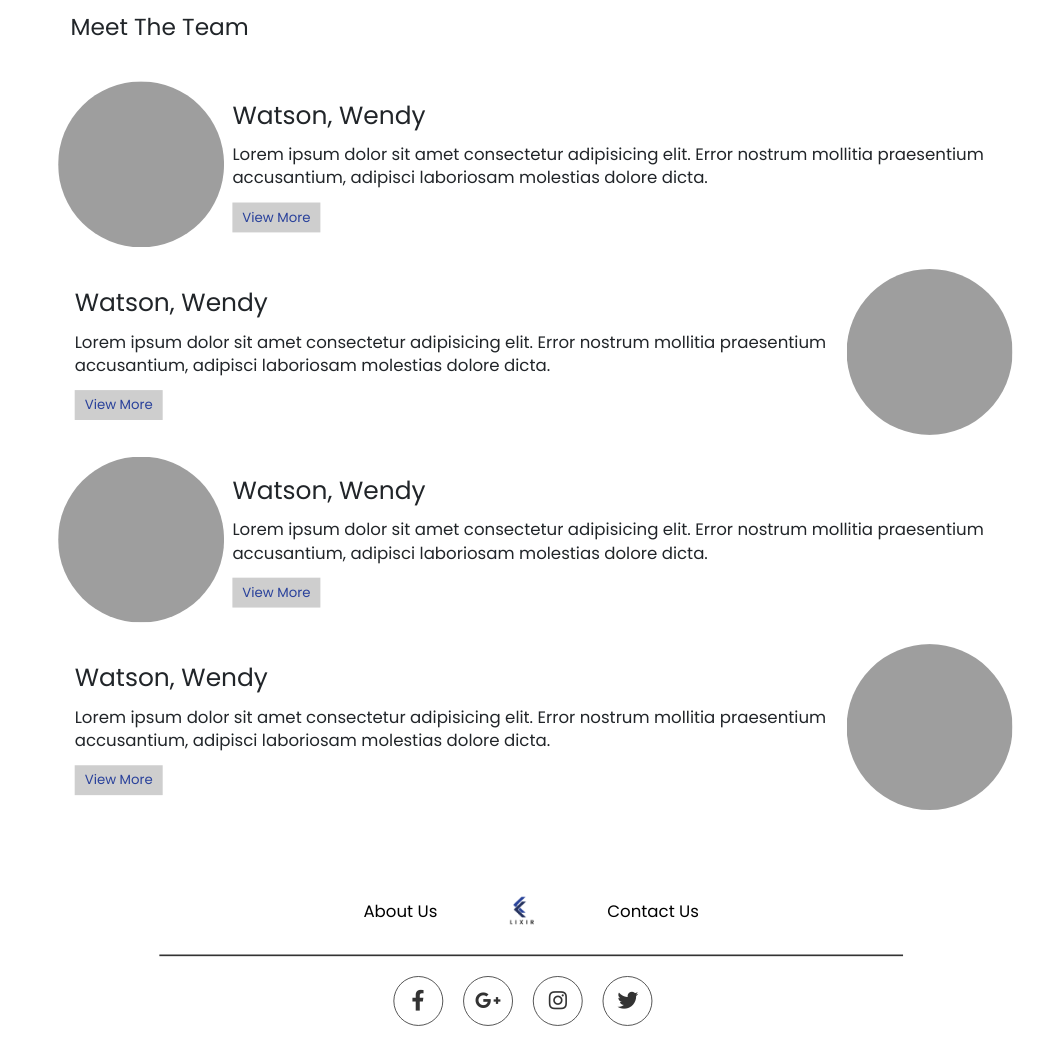
Repository: phiiileo/lit-page
Page: team-page.html
An editor plug-in stored every save of this project. The page is shown before and after a run of saves, followed by the edit.
The browser window is 1280 px wide. The pictures show the whole page, at 83% of full size.
Pictures or frames that could not be fetched are drawn as grey boxes. Some web libraries are served in a nearby version.

Above is the page before, as saved 2019-12-04 21:49:38.

After the next 2 saves:
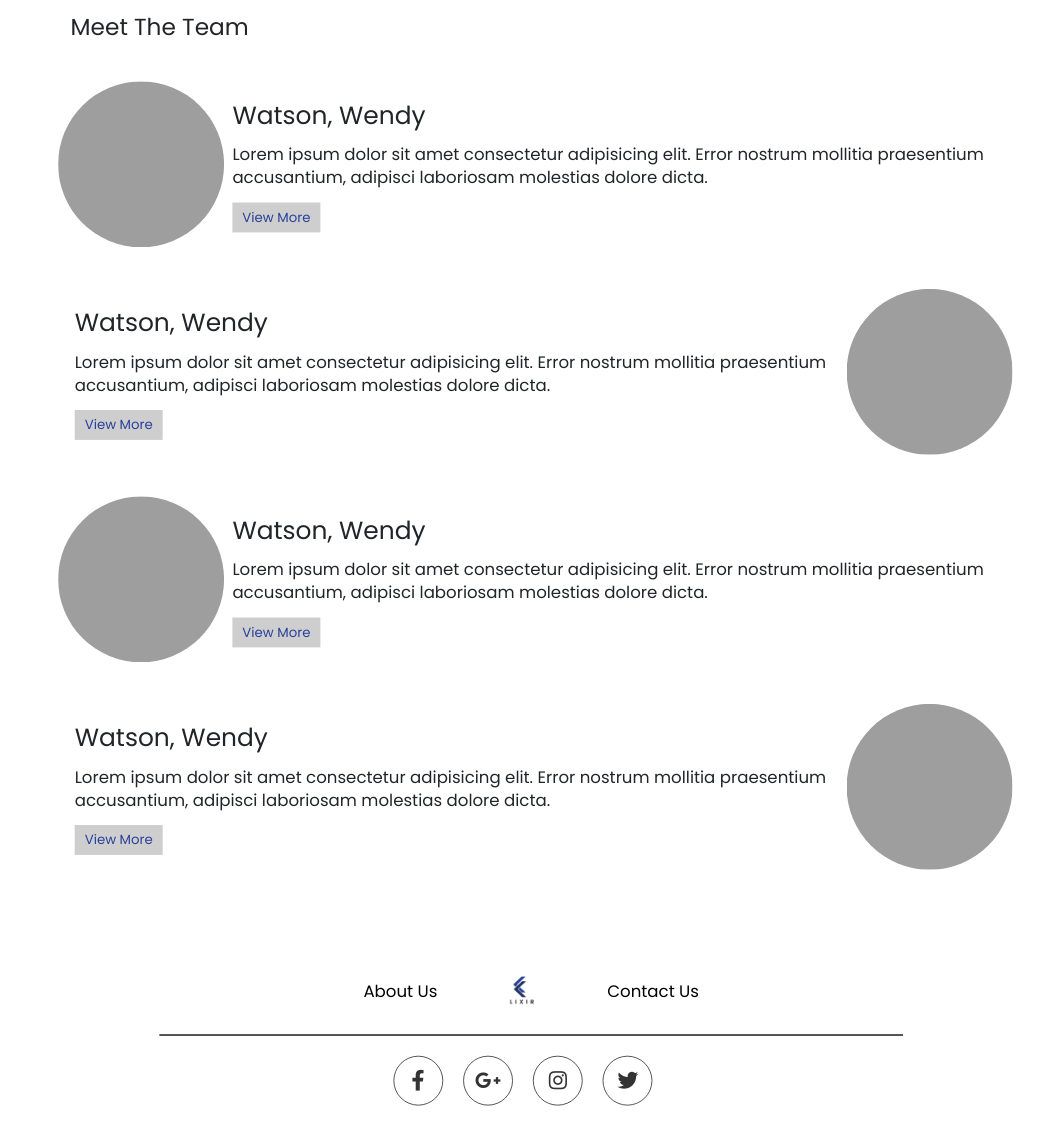
The 2 saves are shown as one change because they came seconds apart.
The last was saved 48 s later.
--- a/team-page.html
+++ b/team-page.html
@@ -26,7 +26,7 @@
 <div class="container">
     <p><h3>Meet The Team</h3></p>
     <div class="row row-cols-1 row-cols-md-1 mt-5 mb-5">
-        <div class="card mb-4">
+        <div class="card mb-5">
             <div class="row no-gutters ">
 
                 <div class="col-md-2 text-center">
@@ -44,7 +44,7 @@
             </div>
         </div>
 
-        <div class="card mb-4">
+        <div class="card mb-5">
             <div class="row no-gutters ">
 
                  <div class="col-md-10">
@@ -65,7 +65,7 @@
         </div>
 
 
-        <div class="card mb-4">
+        <div class="card mb-5">
             <div class="row no-gutters ">
 
                 <div class="col-md-2 text-center">
@@ -85,7 +85,7 @@
             </div>
         </div>
 
-        <div class="card mb-4">
+        <div class="card mb-5">
             <div class="row no-gutters">
 
                 <div class="col-md-10">
